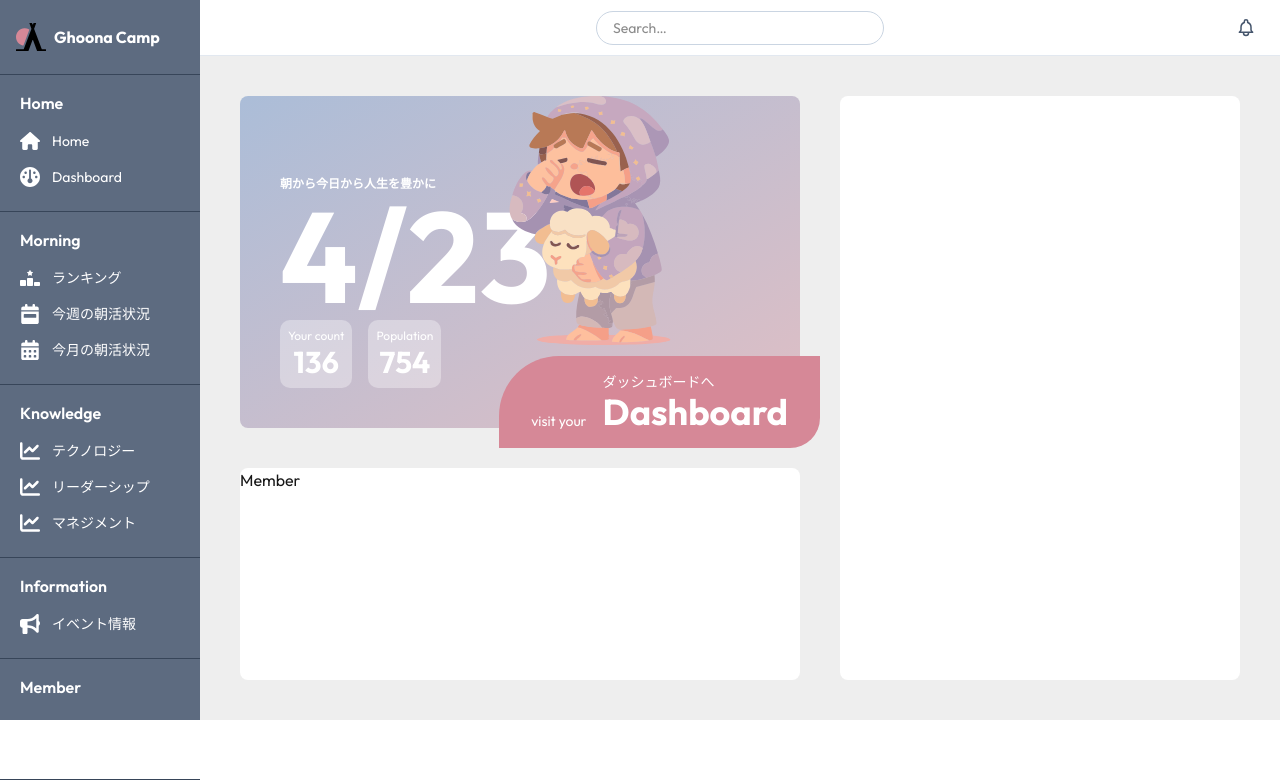
Repository: ShotaGhoona/ghoonacamp_platform
Page: /
The author's editor kept a copy of each file at every save. The page is drawn from the files as they stood at one save, then again after the next save.
The browser window is 1280 px wide. The pictures show the whole page.
The page's requests for data from a server got no answer. The project was rebuilt for these pictures with package versions that can differ from the ones it lists, and the page was loaded fresh each time. The framework's server and built-in components were replaced by stand-ins that run in the browser. No one was signed in, and anything a server would have sent is missing. Also part of the build but not shown: next.config.js.

Above is the page before, as saved 2025-04-25 13:08:57.

After the next save:
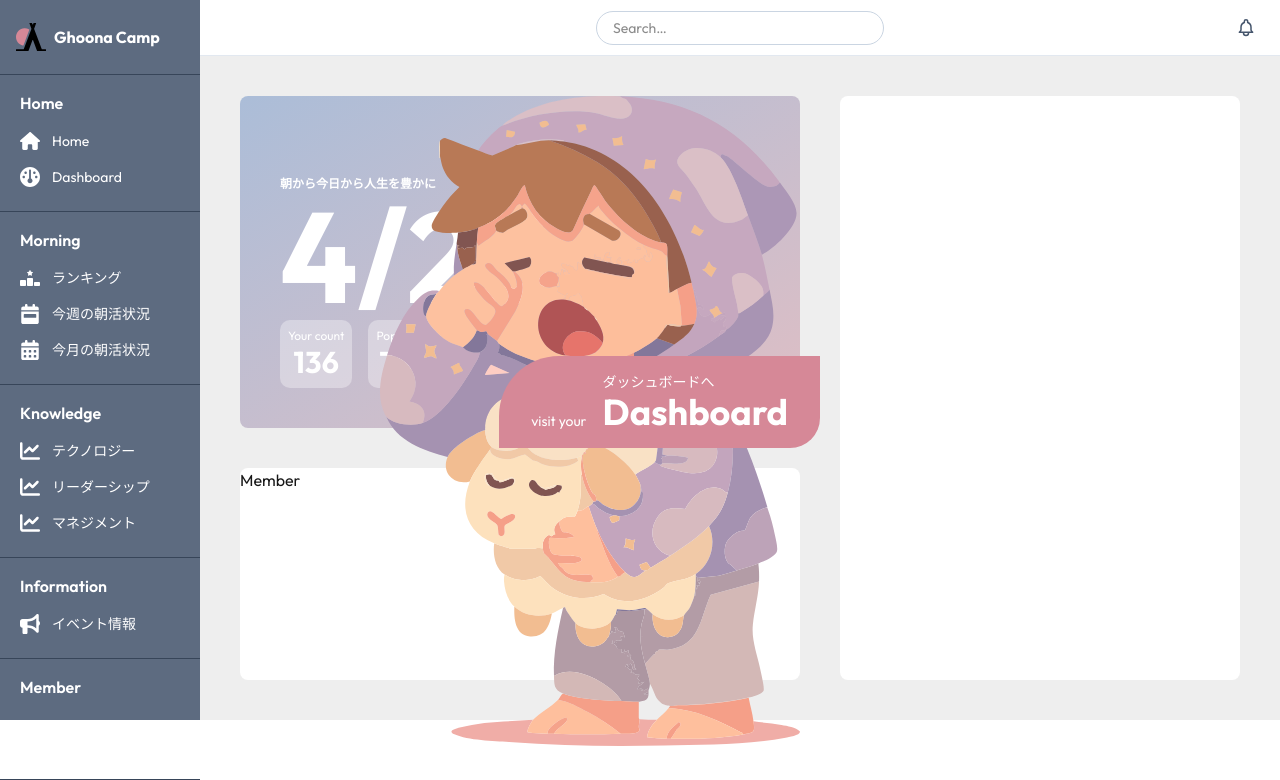
Saved 23 s later.
--- a/src/features/home/home/display/hero.tsx
+++ b/src/features/home/home/display/hero.tsx
@@ -21,7 +21,7 @@ export default function Hero() {
                 <p className="text-3xl font-bold">754</p>
             </div>
         </div>
-        <img src="/svg/tier1.svg" alt="tier1" className="absolute top-0 right-0 w-[75%] h-[75%]" />
+        <img src="/svg/tier1.svg" alt="tier1" className="absolute top-0 right-0 w-[75%] h-auto" />
         <Link href="/dashboard" className="absolute -bottom-5 -right-5 flex flex-col gap-4">
             <CornerCta  color="D68897"  text="Dashboard"  subText="ダッシュボードへ" subText2="visit your" />
         </Link>
